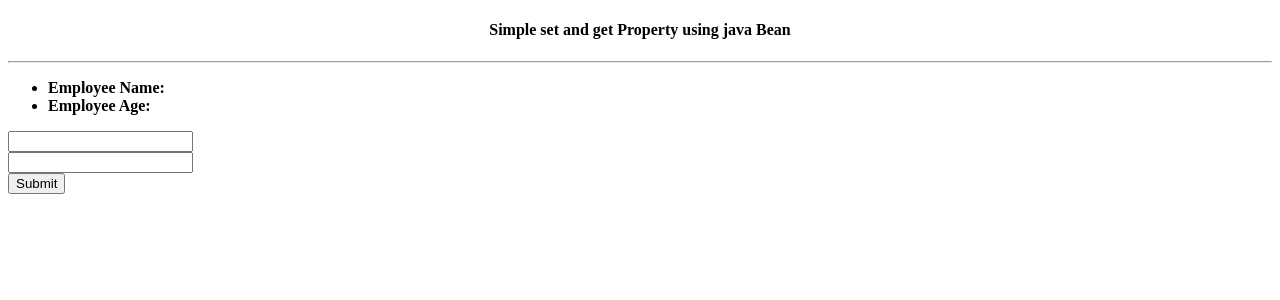
Repository: imrangthub/BlogUsingCoreJava
Page: http://localhost/StartingJsp_00/ExpressionLanguageOfJsp/simpleSetGetPropertytoBeanExpLn.jsp
An editor plug-in stored every save of this project. The page is shown before and after the next save, followed by the edit.
The browser window is 1280 px wide. The pictures show the whole page.
The page is served by Tomcat 9. Other server files are loaded and not shown.

Above is the page before, as saved 2016-12-26 03:38:18.

### StartingJsp_00/WebContent/ExpressionLanguageOfJsp/simpleSetGetPropertytoBeanExpLn.jsp
<%@ page language="java" contentType="text/html; charset=ISO-8859-1"
    pageEncoding="ISO-8859-1"%>
<!DOCTYPE html PUBLIC "-//W3C//DTD HTML 4.01 Transitional//EN" "http://www.w3.org/TR/html4/loose.dtd">
<html>
<head>
<meta http-equiv="Content-Type" content="text/html; charset=ISO-8859-1">
<title>set&get Bean</title>
</head>
<body>
<h4 align="center">Simple set and get Property using java Bean</h4>
<hr/>

<ul>
<li><b>Employee Name: </b>  </li>
<li><b>Employee Age: </b>    </li>
</ul>

<form action="" method="post">
<input type="text" name="name"/><br/>
<input type="text" name="age" /><br/>
<input type="submit" />

</form>
</body>
</html>

After the next save:
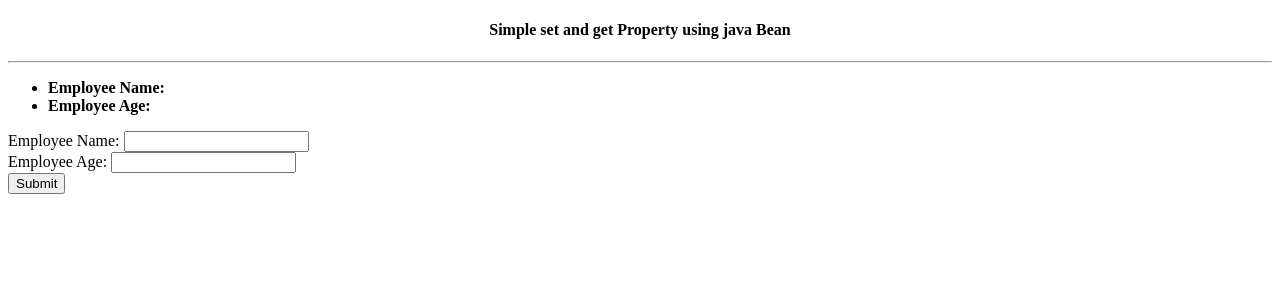
Saved 98 s later.
--- a/StartingJsp_00/WebContent/ExpressionLanguageOfJsp/simpleSetGetPropertytoBeanExpLn.jsp
+++ b/StartingJsp_00/WebContent/ExpressionLanguageOfJsp/simpleSetGetPropertytoBeanExpLn.jsp
@@ -16,8 +16,8 @@
 </ul>
 
 <form action="" method="post">
-<input type="text" name="name"/><br/>
-<input type="text" name="age" /><br/>
+Employee Name: <input type="text" name="name"/><br/>
+Employee Age: <input type="text" name="age" /><br/>
 <input type="submit" />
 
 </form>
